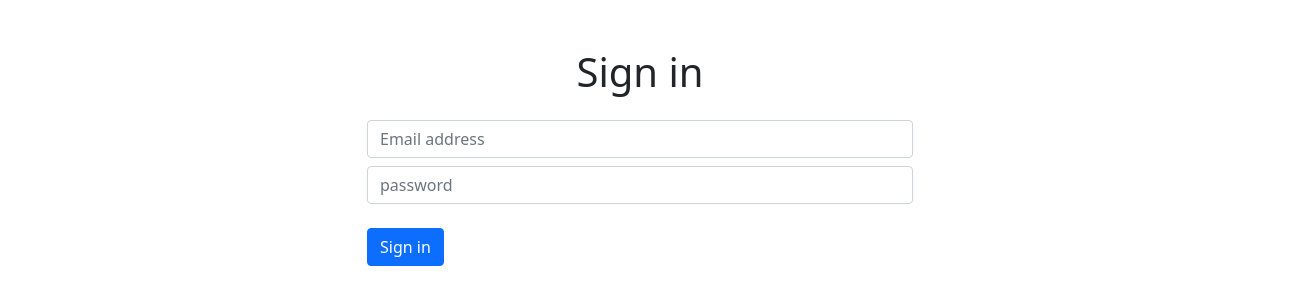
Repository: paresh-art/MyWebsite
Page: http://localhost/com.website/signIn.jsp
These files come from the project's save history. The page is drawn as it stood at one moment and after the next save; the edit follows.
The browser window is 1280 px wide. The page is 1280 px wide, then 1292 px, then 1280 px, so the pictures cover 1292 px, including what lies to the right of the window. The pictures show the whole page.
The page is served by Tomcat 9.

Above is the page before, as saved 2022-11-08 08:36:43.

After the next save:
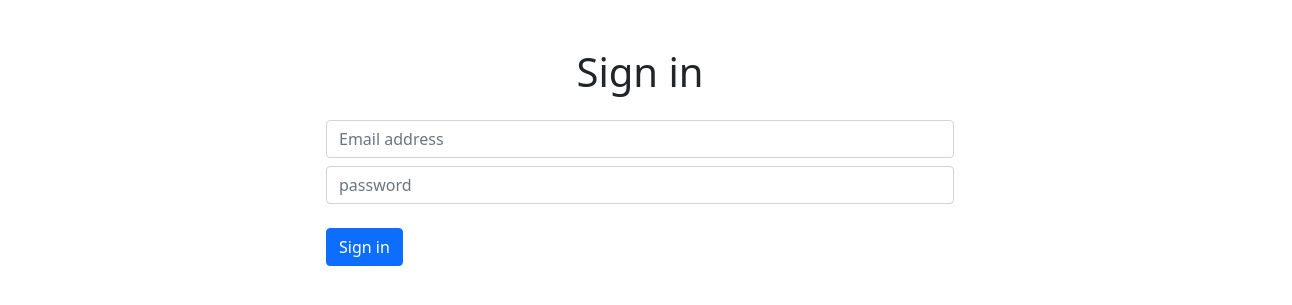
Saved 92 s later.
--- a/com.website/src/main/webapp/signIn.jsp
+++ b/com.website/src/main/webapp/signIn.jsp
@@ -17,7 +17,7 @@
 <title>Sign in Page</title>
 </head>
 <body>
-	<div class="container-sm mt-5">
+	<div class="container-50 mt-5">
 		<h1 class="mx-auto text-center">Sign in</h1>
 		<form action="home.jsp" class="mt-4" method="post">
 			<div class="row">

After the 4 saves that followed:
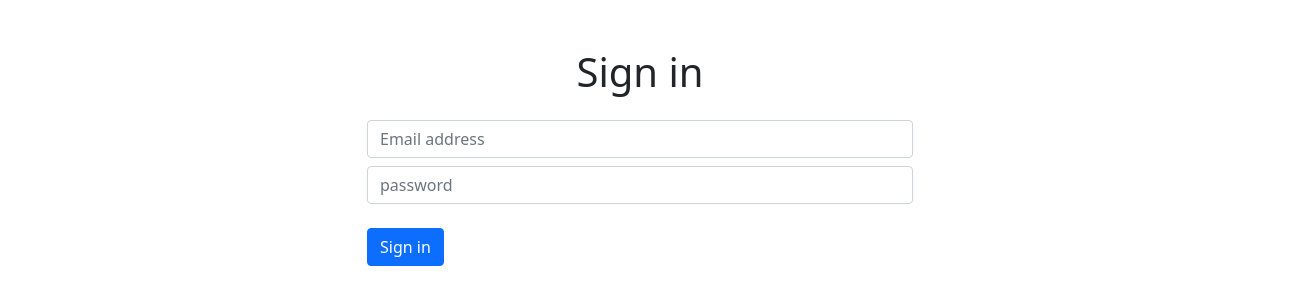
The 4 saves are shown as one change because 3 left the picture as it was.
The last was saved 101 s later.
--- a/com.website/src/main/webapp/signIn.jsp
+++ b/com.website/src/main/webapp/signIn.jsp
@@ -17,7 +17,7 @@
 <title>Sign in Page</title>
 </head>
 <body>
-	<div class="container-50 mt-5">
+	<div class="container mt-5">
 		<h1 class="mx-auto text-center">Sign in</h1>
 		<form action="home.jsp" class="mt-4" method="post">
 			<div class="row">
